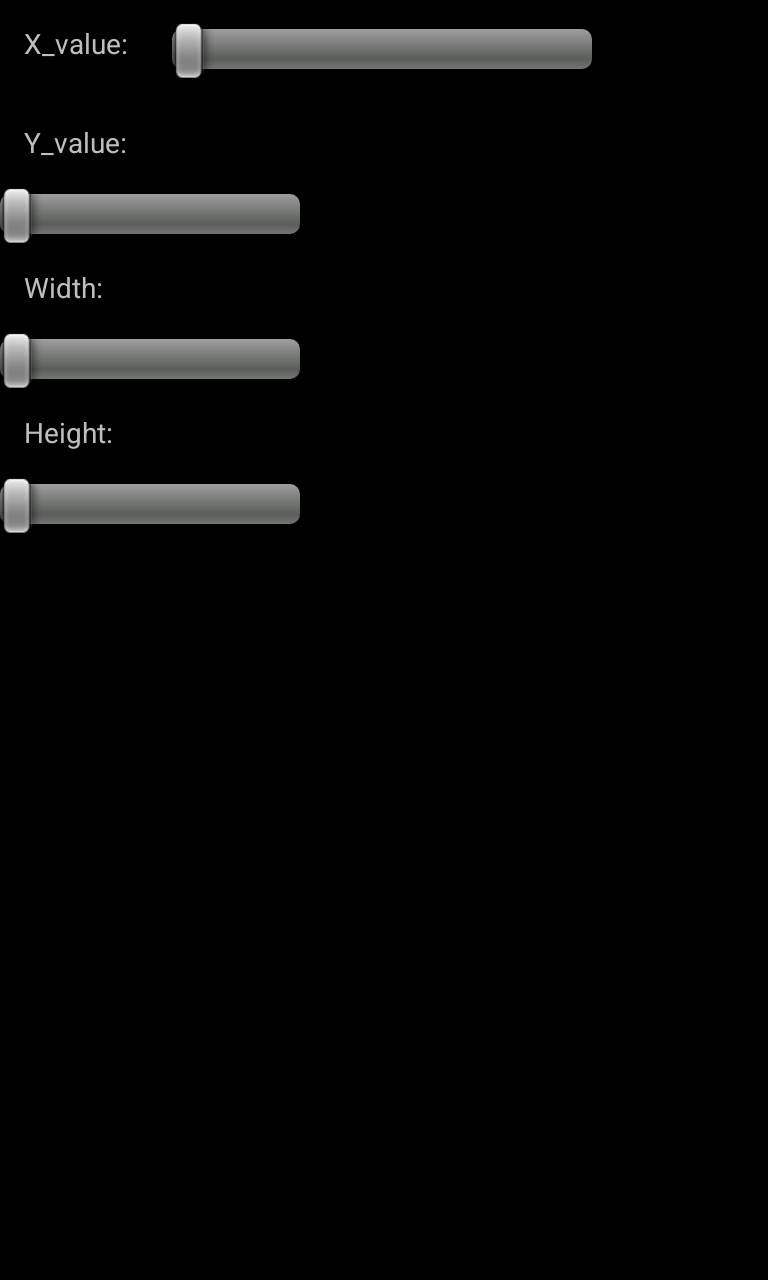
Repository: hzhang15/AndroidForm
Layout: workspace/demo_form_field/res/layout/test.xml
These files come from the project's save history. The layout is drawn as it stood at one moment and after the next save; the edit follows.
It is drawn on a 768 x 1280 px phone screen (xhdpi) without system bars, with theme android:Theme; the app's code is not run.

Above is the layout before, as saved 2014-09-21 05:52:50.

After the next save:
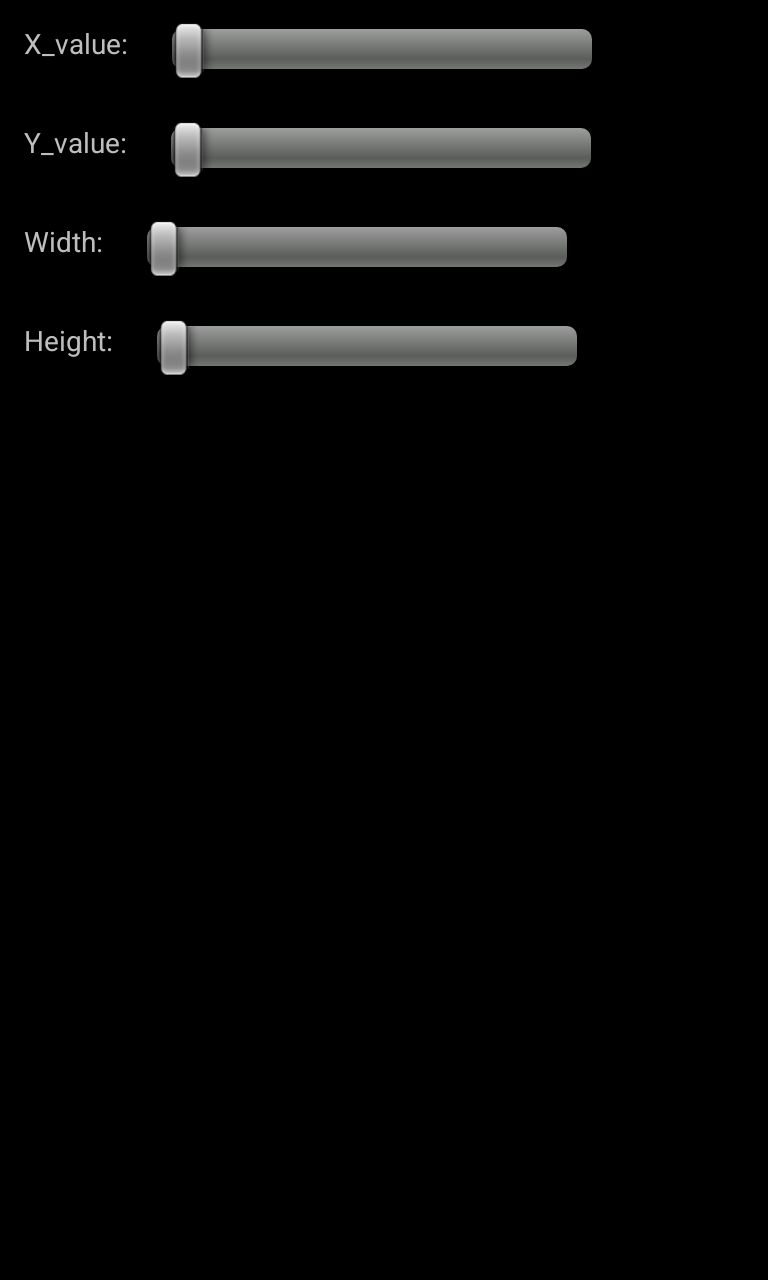
Saved 2 min 17 s later.
--- a/workspace/demo_form_field/res/layout/test.xml
+++ b/workspace/demo_form_field/res/layout/test.xml
@@ -41,13 +41,13 @@
             android:layout_width="wrap_content"
             android:layout_height="wrap_content" />
 
-    </LinearLayout>
-
     	<SeekBar
         android:id="@+id/seekBar2"
-        android:layout_width="150dp"
+        android:layout_width="230dp"
         android:layout_height="wrap_content"
+        android:padding="10dp"
         android:max="200"/>
+    </LinearLayout>
 
     <LinearLayout
         android:layout_width="wrap_content"
@@ -64,13 +64,13 @@
             android:layout_width="wrap_content"
             android:layout_height="wrap_content" />
 
-    </LinearLayout>
-
     	<SeekBar
         android:id="@+id/seekBar3"
-        android:layout_width="150dp"
+        android:layout_width="230dp"
         android:layout_height="wrap_content"
+        android:padding="10dp"
         android:max="150"/>
+    </LinearLayout>
 
     <LinearLayout
         android:layout_width="wrap_content"
@@ -87,13 +87,11 @@
             android:layout_width="wrap_content"
             android:layout_height="wrap_content" />
 
-    </LinearLayout>
-
     	<SeekBar
         android:id="@+id/seekBar4"
-        android:layout_width="150dp"
+        android:layout_width="230dp"
         android:layout_height="wrap_content"
+        android:padding="10dp"
         android:max="175"/>
-
-
+     </LinearLayout>
 </LinearLayout>
